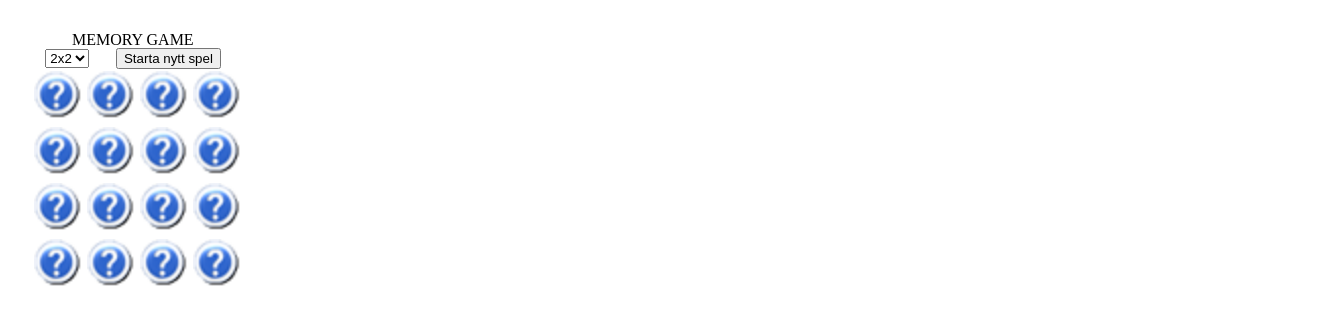
Repository: dv222bk/1dv403-laborationer
Page: 3-gameon/index.html
The author's editor kept a record of every edit. The page is drawn from the files as they stood at one moment, then again after the next edit.
The browser window is 1280 px wide. The page is 1344 px wide, so the pictures cover 1344 px, including what lies to the right of the window. The pictures show the whole page.

Above is the page before.

After the next edit:
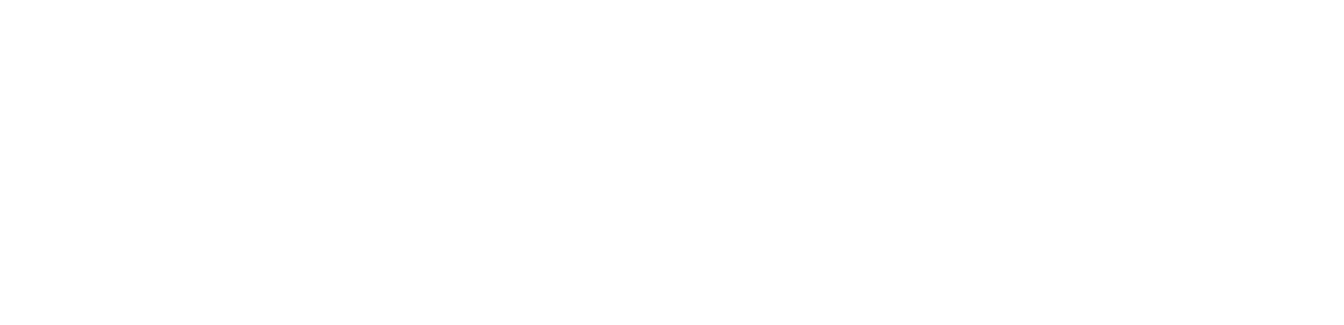
Console error: ReferenceError: appName is not defined
The edit:
--- a/3-gameon/memory/script/memory.js
+++ b/3-gameon/memory/script/memory.js
@@ -86,9 +86,9 @@
 
     /* Header */
     header = document.createElement("header");
-    appVersion = document.createElement("p");
-    appVersion.innerHTML = "MEMORY GAME";
-    header.appendChild(appVersion);
+    appName = document.createElement("p");
+    appName.innerHTML = "MEMORY GAME";
+    header.appendChild(appName);
     appBody.appendChild(header);
 
     /* Create new game */

After the edit that followed:
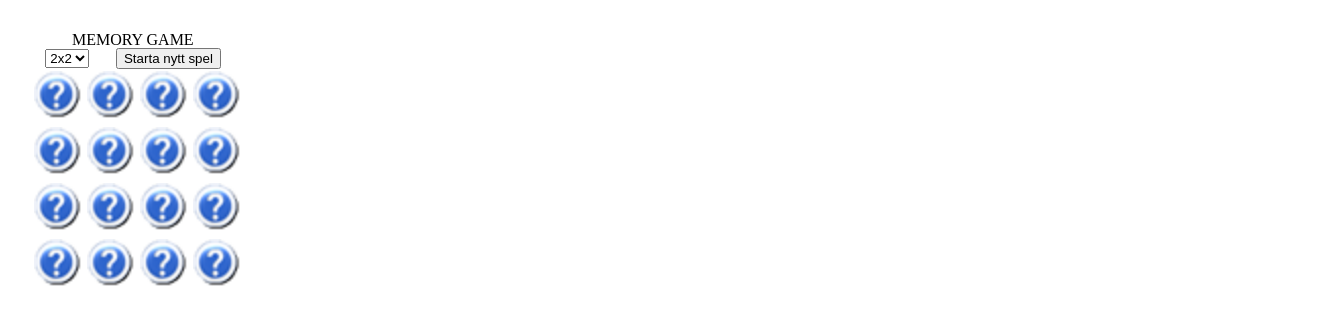
The error is gone.
The edit:
--- a/3-gameon/memory/script/memory.js
+++ b/3-gameon/memory/script/memory.js
@@ -76,7 +76,7 @@
 };
 
 MemoryGame.prototype.createApp = function() {
-    var appBody, header, appVersion, select, option, x, y, i, button, col, row, rowDiv, memoryA, memoryImage;
+    var appBody, header, appName, select, option, x, y, i, button, col, row, rowDiv, memoryA, memoryImage;
     var that = this;
 
     /* Section */
